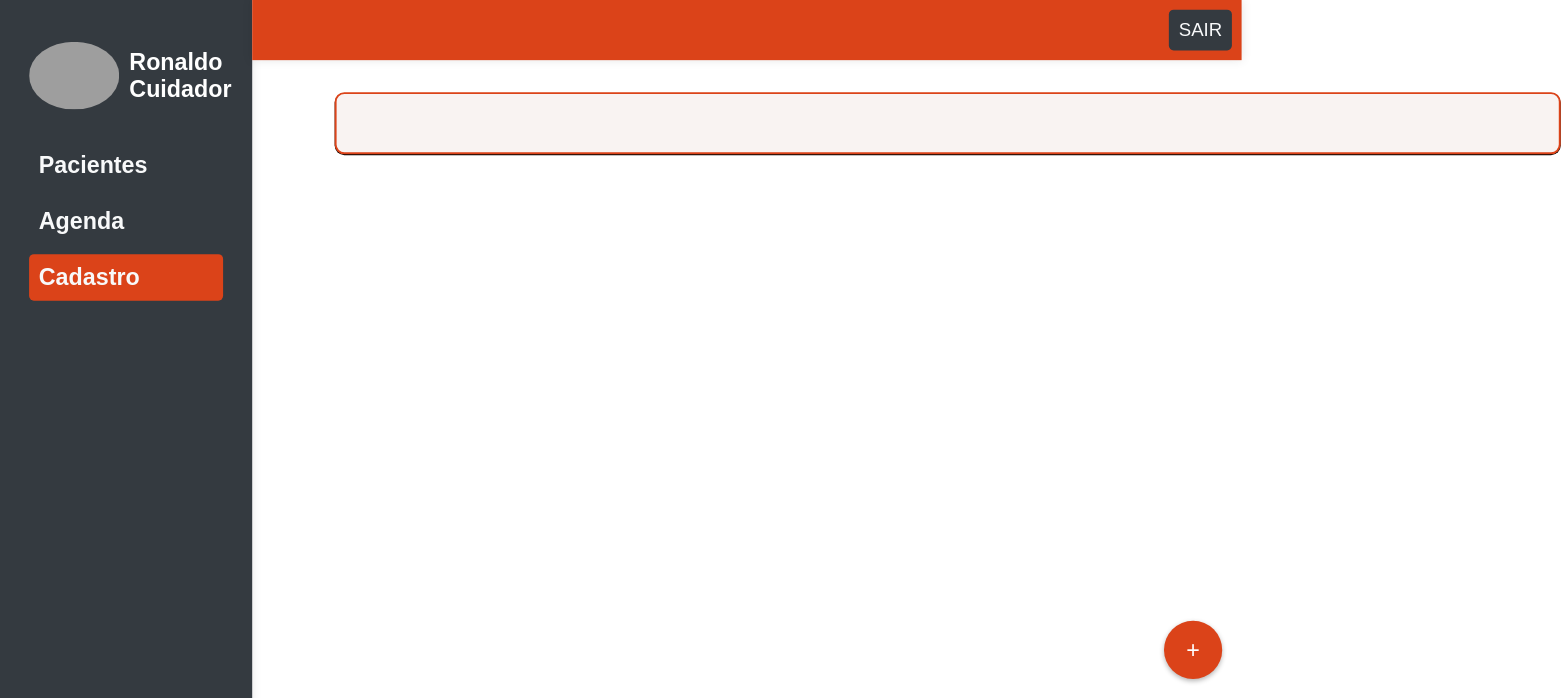
Repository: Heatl-Notes/newHN
Page: dashboard.html
The author's editor kept a copy of each file at every save. The page is drawn from the files as they stood at one save, then again after the next save.
The browser window is 1280 px wide. The page is 1609 px wide, so the pictures cover 1609 px, including what lies to the right of the window. The pictures show the whole page, at 97% of full size.
After loading, the first visible `button[onclick="openProfile()"]` was clicked once.
Pictures or frames that could not be fetched are drawn as grey boxes. The page's requests for data from a server got no answer.

Above is the page before, as saved 2023-05-20 16:32:07.

### dashboard.html
<!DOCTYPE html>
<html>
  <head>
    <meta charset="utf-8" />
    <title>Dashboard</title>
    <link rel="stylesheet" href="css/dashboard.css" />
  </head>
  <body>
    <header>
      <button onclick="logout()" class="logout-btn">SAIR</button>
    </header>
    <main>
      <nav>
        <div class="user-info">
          <img
            class="user-avatar"
            src="https://w7.pngwing.com/pngs/340/946/png-transparent-avatar-user-computer-icons-software-developer-avatar-child-face-heroes.png"
            alt="User Avatar" />
          <h1 style="color: white">Ronaldo Cuidador</h1>
        </div>
        <ul>
          <li>
            <button onclick="loadPatients()" class="nav-btn active"><strong>
              Pacientes</strong>
            </button>
          </li>
          <li>
            <button onclick="openAgenda()" class="nav-btn"><strong>Agenda</strong></button>
          </li>
          <li>
            <button onclick="openProfile()" class="nav-btn"><strong>Cadastro</button></strong>
          </li>

        </ul>
      </nav>

      <div class="main-content"></div>

      <div class="popup" id="addPatientPopup">
        <span class="closeButton">X Fechar</span>
        <h2>Adicionar Paciente</h2>
        <label for="cpf">CPF:</label>
        <input type="text" id="cpf" required>
        <label for="name">NOME:</label>
        <input type="text" id="name" required>
        <label for="age">IDADE:</label>
        <input type="number" id="age" required>
        <button id="confirmButton">Confirmar</button>
      </div>

      <button id="addPatientButton" class="floating-button">
        <span>+</span>
      </button>
    </main>

    <script src="js/dashboard.js"></script>
  </body>
</html>

### css/dashboard.css
body {
  margin: 0;
  padding: 0;
  font-family: Arial, sans-serif;
}

header {
  display: flex;
  justify-content: flex-end;
  align-items: center;
  background-color: rgba(219, 67, 25, 1);
  padding: 10px;
  box-shadow: 0 0 10px rgba(0, 0, 0, 0.1);
  position: fixed; /* adicionado */
  right: 0; /* adicionado */
  top: 0; /* adicionado */

  width: calc(100% - 280px); /* adicionado para ocupar a largura completa */
  z-index: 1; /* adicionado para ficar acima dos outros elementos */
}

.user-info {
  display: flex;
  align-items: center;
}

.user-info img {
  border-radius: 50%;
  margin-right: 10px;
}

nav {
  padding-top: 60px;
  background-color: #343a40;
  height: 100vh;
  padding: 30px;
  box-shadow: 0 0 10px rgba(0, 0, 0, 0.1);
  position: fixed;
  top: 0;
  left: 0;
  width: 200px;
}

nav ul {
  list-style: none;
  padding: 0;
  margin: 0;
  margin-top: 20px;
}

nav li {
  margin-bottom: 10px;
}

.nav-btn {
  width: 100%;
  padding: 10px;
  border-radius: 5px;
  text-align: left;
  font-size: 1.5rem;
  color: #f8f9fa;
  background-color: transparent;
  border: none;
  outline: none;
  cursor: pointer;
}

.nav-btn:hover,
.nav-btn.active {
  background-color: rgba(219, 67, 25, 1);
}

.user-avatar {
  width: 100px;
  height: 70px;
}

main {
  margin-top: 70px;
  margin-left: calc(300px + 20px); /* 20px is the padding of the main element */
  padding: 20px;
  display: grid;
  grid-template-columns: repeat(3, 1fr);
  grid-gap: 20px;
}

.logout-btn {
  padding: 10px;
  border-radius: 5px;
  font-size: 1.2rem;
  color: #f8f9fa;
  background-color: #343a40;
  border: none;
  outline: none;
  cursor: pointer;
}

.logout-btn:hover {
  background-color: white;
  color: black;
}

.main-content {
  background-color: rgb(249, 243, 242);
  width: 1200px;
  justify-content: center;
  border: 2px solid rgba(219, 67, 25, 1);
  padding: 30px;
  margin: 5px;
  border-radius: 10px;
  box-shadow: 0 1px;
  display: grid;
  grid-template-columns: repeat(auto-fill, minmax(300px, 1fr));
  grid-auto-rows: minmax(200px, auto);
  grid-gap: 10px;
}

.content-card {
  background-color: rgb(245, 229, 226);
  width: 900px;
  justify-content: center;
  border: 2px solid rgba(219, 67, 25, 1);
  padding: 30px;
  margin: 5px;
  border-radius: 10px;
  box-shadow: 0 1px;
}

.patient-card {
  background-color: rgb(245, 229, 226);
  width: 300px;
  height: 200px;
  justify-content: center;
  border: 2px solid rgba(219, 67, 25, 1);
  padding: 30px;
  margin: 5px;
  border-radius: 10px;
  box-shadow: 0 1px;
  display: grid;
}

.content-card {
  background-color: rgb(245, 229, 226);
  width: 600px;
  height: 400px;
  justify-content: center;
  border: 2px solid rgba(219, 67, 25, 1);
  padding: 30px;
  margin: 5px;
  border-radius: 10px;
  box-shadow: 0 1px;
}

.floating-button {
  position: fixed;
  bottom: 20px;
  right: 20px;
  width: 60px;
  height: 60px;
  border-radius: 50%;
  background-color: rgba(219, 67, 25, 1);
  color: white;
  font-size: 24px;
  display: flex;
  align-items: center;
  justify-content: center;
  box-shadow: 0 2px 5px rgba(0, 0, 0, 0.3);
  border: none;
  outline: none;
  cursor: pointer;
}

.floating-button span {
  line-height: 0;
}

.popup {
  display: none;
  position: fixed;
  top: 50%;
  left: 50%;
  transform: translate(-50%, -50%);
  width: 600px;
  padding: 90px;
  background: #fff;
  border: 1px solid #ccc;
  border-radius: 15px;
}

.popup label {
  display: block;
  margin-bottom: 10px;
}

.popup input[type="text"],
.popup input[type="number"] {
  margin-bottom: 20px;
  width: 100%;
  height: 30px;
  padding: 5px;
  border: 1px solid #ccc;
  border-radius: 15px;
}

.popup button {
  display: block;
  width: 100%;
  padding: 10px;
  margin-top: 10px;
  background: rgba(219, 67, 25, 1);
  color: #fff;
  border: none;
  border-radius: 4px;
  cursor: pointer;
}

.closeButton {
  cursor: pointer;
  position: absolute;
  right: 10%;
  font-size: 20px;
  background-color: rgba(219, 67, 25, 1);
  padding: 5px;
  color: white;
}

### js/dashboard.js
const courrentClient = loadCurrentClient();

async function loadCurrentClient(user) {
  let userId = 12345678919; //capturando o ID do usuario logado
  let clients = await fetch("http://localhost:3000/clients"); //fetch patients from api
  let clientsJson = await clients.json();
  let courrentClient = null;
  clientsJson.forEach((client) => {
    if (client?.cpf == userId) {
      courrentClient = client;
    }
  });

  return courrentClient;
}
/**
 * This file is responsible for the dashboard page
 */

//loadPatients function is called when the page is loaded to show the patients
loadPatients();

const buttons = document.querySelectorAll(".nav-btn");

// Add event listener to each button
buttons.forEach((button) => {
  button.addEventListener("click", () => {
    // Remove "active" class from all buttons
    buttons.forEach((button) => {
      button.classList.remove("active");
    });
    // Add "active" class to clicked button
    button.classList.add("active");
  });
});

async function loadPatients() {
  var main = document.querySelector(".main-content");
  main.innerHTML = "";

  //to up the server
  //run the command:json-server --watch db.json (in this directory)

  //REAL CODE
  let patients = await fetch("http://localhost:3000/patients"); //fetch patients from api
  let patientsJson = await patients.json();
  let innerH = "";
  let cpf = 0;
  patientsJson.forEach((patient) => {
    cpf = patient?.cpf;
    innerH = `<h4>Paciente:  ${patient.name} </h4> <br><span>Idade: ${patient.age} </span> <button onclick="deletePatient(${cpf})">excluir</button>`;
    var novoElemento = document.createElement("div");
    novoElemento.className = "patient-card";
    novoElemento.innerHTML = innerH;

    main.appendChild(novoElemento);
  });
}

/**
 *
 */

async function openProfile() {
  let userId = 12345678919; //capturando o ID do usuario logado
  let clients = await fetch("http://localhost:3000/clients"); //fetch patients from api
  let clientsJson = await clients.json();
  let courrentClient = null;
  clientsJson.forEach((client) => {
    if (client?.cpf == userId) {
      courrentClient = client;
    }
  });

  var novoElemento = document.createElement("div");
  novoElemento.className = "profile-card";
  novoElemento.innerHTML = `<h1>Cuidador</h1><br/><h2>Nome: ${courrentClient.name} </h2><h2>Experiência: ${courrentClient.monthsExperience} </h2><h2>CPF:  ${courrentClient.cpf}</h2><h2>Telefone: ${courrentClient.phone} </h2><h2>Email:  ${courrentClient.email}</h2>`;

  var main = document.querySelector(".main-content");
  main.innerHTML = "";
  main.appendChild(novoElemento);
}

async function openAgenda() {
  let userId = 12345678919; //capturando o ID do usuario logado
  let clients = await fetch("http://localhost:3000/clients"); //fetch patients from api
  let clientsJson = await clients.json();
  let courrentClient = null;
  clientsJson.forEach((client) => {
    if (client?.cpf == userId) {
      courrentClient = client;
    }
  });

  console.log(courrentClient.calendar);

  var novoElemento = document.createElement("div");
  novoElemento.className = "profile-card";
  novoElemento.innerHTML =
    "<h1>Cuidador</h1><br/><h2>Nome: RONALDO CUIDADOR</h2><h2>Experiência: ESTAGIÁRIO</h2><h2>CPF: </h2><h2>Telefone: </h2><h2>Email: </h2><h2>Endereço: </h2><h2>CEP: </h2>";
  var main = document.querySelector(".main-content");
  main.innerHTML = "";
  main.appendChild(novoElemento);
}

//ADD PATIENTS

const addPatientButton = document.getElementById("addPatientButton");
const addPatientPopup = document.getElementById("addPatientPopup");
const closeButton = document.querySelector(".closeButton");
closeButton.addEventListener("click", () => {
  addPatientPopup.style.display = "none";
});
const confirmButton = document.getElementById("confirmButton");

addPatientButton.addEventListener("click", () => {
  addPatientPopup.style.display = "block";
});

/**
 * Event listener para o botão de confirmação do popup de adicionar paciente
 * Captura os dados no popup e adiciona o paciente caso ele nao exista
 * Apos enviar os dados para o metodo addPatient, o popup é fechado
 */
confirmButton.addEventListener("click", () => {
  const cpf = document.getElementById("cpf").value;
  const name = document.getElementById("name").value;
  const age = document.getElementById("age").value;

  addPatient(cpf, name, age);

  addPatientPopup.style.display = "none";
});

async function addPatient(cpf, name, age) {
  const newPatient = {
    cpf: cpf,
    name: name,
    age: age,
  };

  try {
    const alreadyRegistered = await fetch(
      "http://localhost:3000/patients?cpf=${cpf}"
    );
    const patientsJson = await alreadyRegistered.json();

    if (patientsJson.length > 0) {
      alert("Um paciente com o mesmo CPF já está cadastrado!");
      return; // Retorna sem adicionar o paciente
    }
    const response = await fetch("http://localhost:3000/patients", {
      method: "POST",
      headers: {
        "Content-Type": "application/json",
      },
      body: JSON.stringify(newPatient),
    });

    if (response.ok) {
      // Se o paciente foi adicionado com sucesso
      console.log("Paciente adicionado com sucesso!");
    } else {
      // Se ocorreu algum erro ao adicionar o paciente
      console.log("Erro ao adicionar paciente");
    }
  } catch (error) {
    console.log("Erro ao adicionar paciente:", error);
  }
}

//DELETE PATIENTS
async function deletePatient(cpfToDelete) {
  try {
    // Verificar se o paciente existe antes de excluir
    const response = await fetch(
      `http://localhost:3000/patients?cpf=${cpfToDelete}`
    );
    const patientsJson = await response.json();
    console.log("Paciente encontrado:", patientsJson);

    if (patientsJson.length === 0) {
      console.log("Paciente não encontrado!");
      return; // Retorna sem excluir o paciente
    }

    // Excluir o paciente caso seja encontrado
    const patientId = patientsJson[0].id; // Supondo que a API retorna um campo "id" para cada paciente
    const deleteResponse = await fetch(
      `http://localhost:3000/patients/${patientId}`,
      {
        method: "DELETE",
      }
    );

    if (deleteResponse.ok) {
      loadPatients(); // Recarrega a lista de pacientes após a exclusão
      console.log("Paciente excluído com sucesso!");
    } else {
      console.log("Erro ao excluir paciente");
    }
  } catch (error) {
    console.log("Erro ao excluir paciente:", error);
  }
}

/**
 * funtion to logout
 */
function logout() {
  window.location.href = "index.html";
}

After the next save:
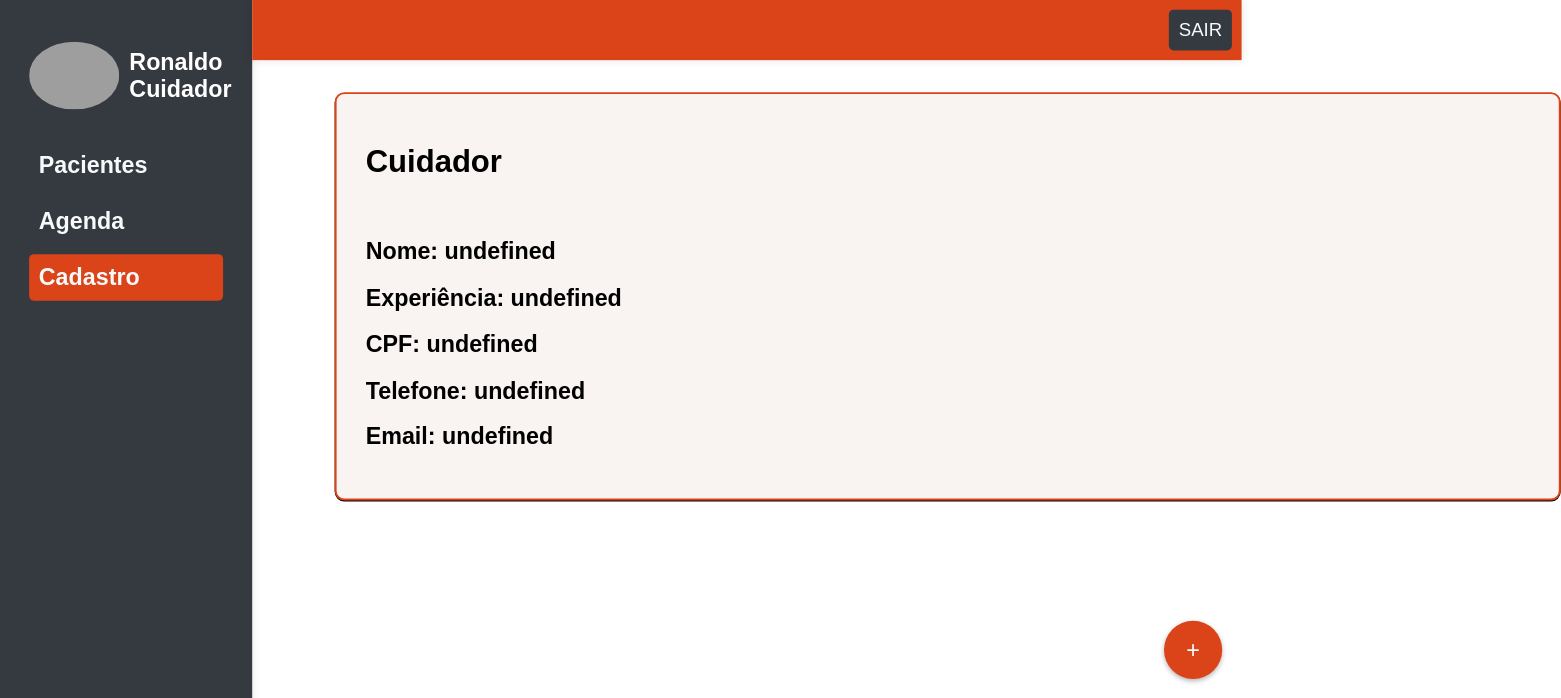
Saved 69 s later.
--- a/js/dashboard.js
+++ b/js/dashboard.js
@@ -62,16 +62,6 @@
  */
 
 async function openProfile() {
-  let userId = 12345678919; //capturando o ID do usuario logado
-  let clients = await fetch("http://localhost:3000/clients"); //fetch patients from api
-  let clientsJson = await clients.json();
-  let courrentClient = null;
-  clientsJson.forEach((client) => {
-    if (client?.cpf == userId) {
-      courrentClient = client;
-    }
-  });
-
   var novoElemento = document.createElement("div");
   novoElemento.className = "profile-card";
   novoElemento.innerHTML = `<h1>Cuidador</h1><br/><h2>Nome: ${courrentClient.name} </h2><h2>Experiência: ${courrentClient.monthsExperience} </h2><h2>CPF:  ${courrentClient.cpf}</h2><h2>Telefone: ${courrentClient.phone} </h2><h2>Email:  ${courrentClient.email}</h2>`;

After the save that followed:
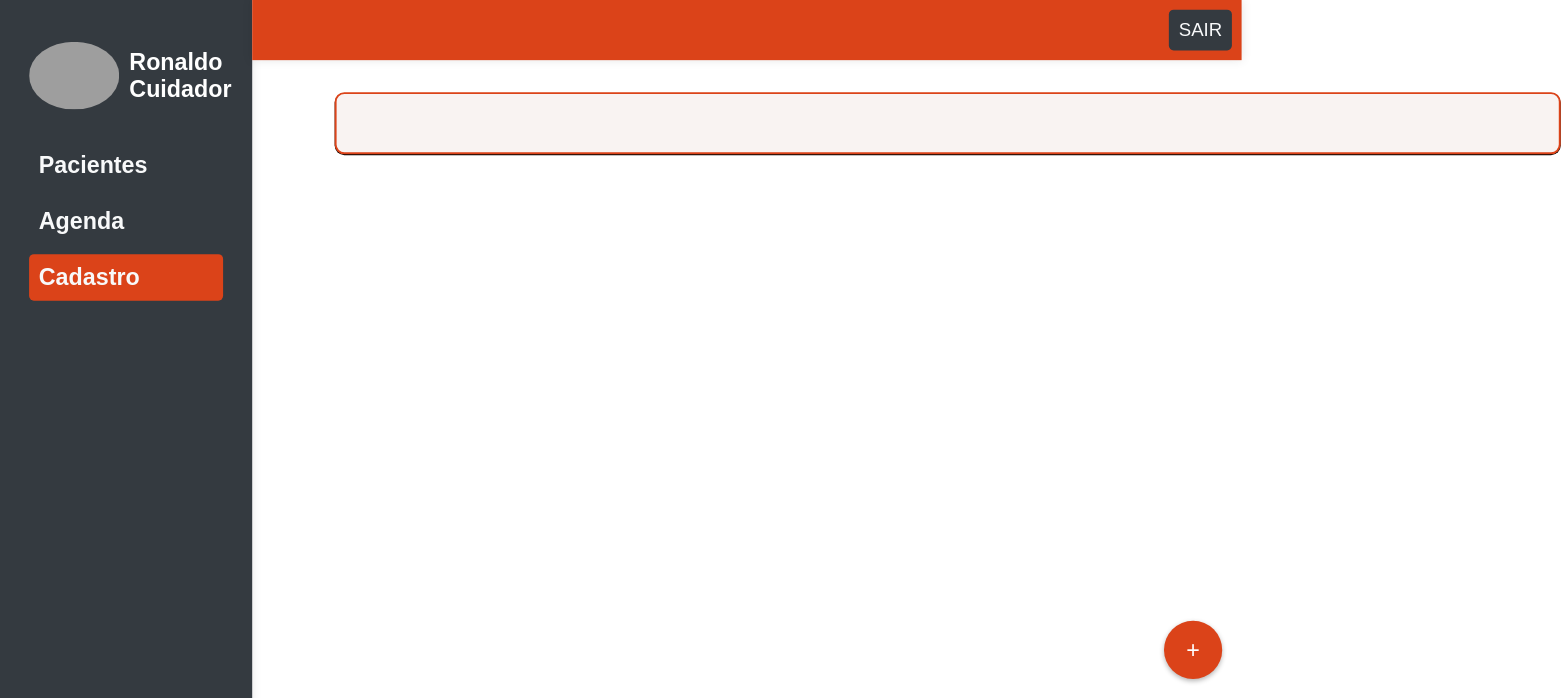
Console error: TypeError: Cannot read properties of undefined (reading 'name')
Saved 7 s later.
--- a/js/dashboard.js
+++ b/js/dashboard.js
@@ -64,7 +64,7 @@
 async function openProfile() {
   var novoElemento = document.createElement("div");
   novoElemento.className = "profile-card";
-  novoElemento.innerHTML = `<h1>Cuidador</h1><br/><h2>Nome: ${courrentClient.name} </h2><h2>Experiência: ${courrentClient.monthsExperience} </h2><h2>CPF:  ${courrentClient.cpf}</h2><h2>Telefone: ${courrentClient.phone} </h2><h2>Email:  ${courrentClient.email}</h2>`;
+  novoElemento.innerHTML = `<h1>Cuidador</h1><br/><h2>Nome: ${this.courrentClient.name} </h2><h2>Experiência: ${courrentClient.monthsExperience} </h2><h2>CPF:  ${courrentClient.cpf}</h2><h2>Telefone: ${courrentClient.phone} </h2><h2>Email:  ${courrentClient.email}</h2>`;
 
   var main = document.querySelector(".main-content");
   main.innerHTML = "";
